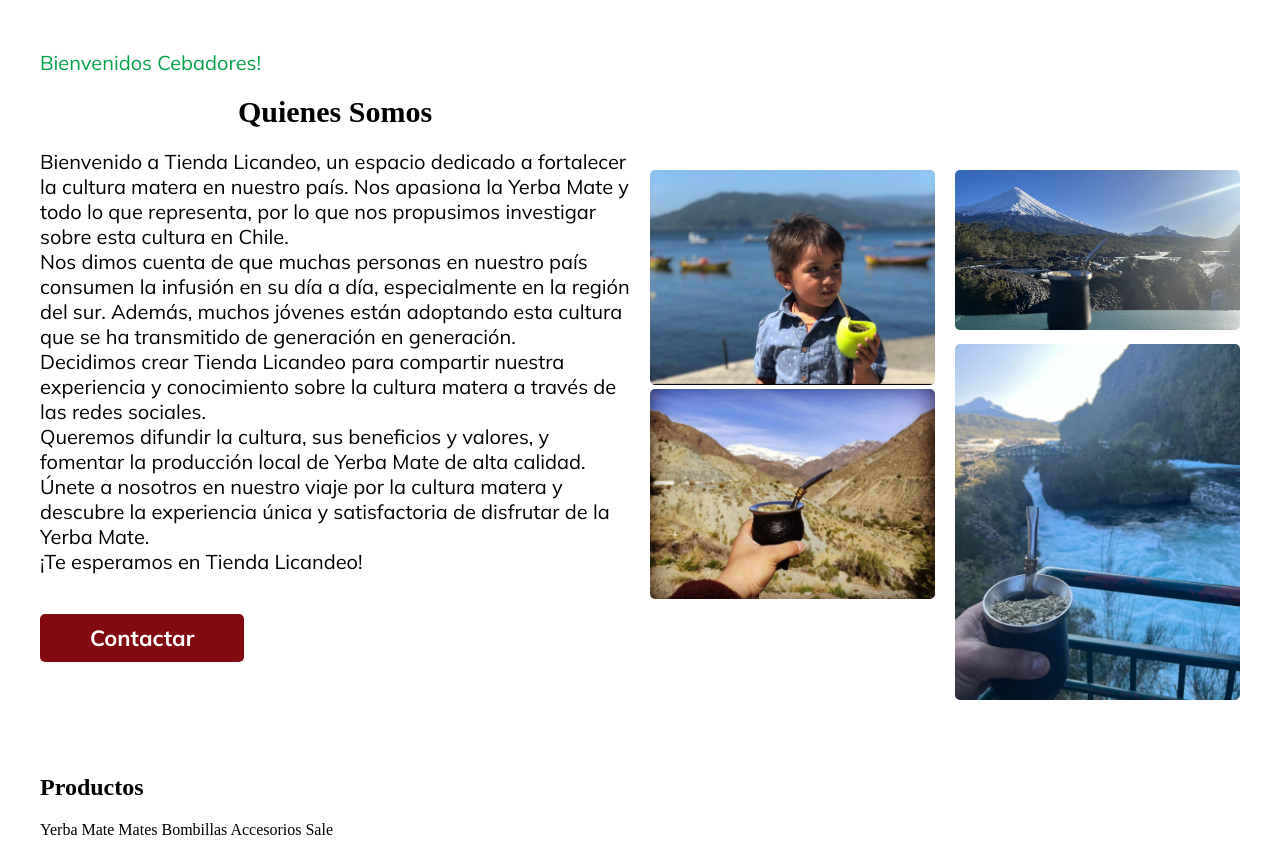
Repository: PiaTrujillo/LICANDEO-main
Page: index.html
These files come from the project's save history. The page is drawn as it stood at one moment and after the next save; the edit follows.
The browser window is 1280 px wide. The pictures show the part of the page from y = 748 to 1597 px (the page is 1597 px tall before and 1566 px after).
A picture or video elsewhere on the page could not be fetched, so the positions and the page height are approximate. Some web fonts or font styles are not loaded; a fallback is used. Some web libraries are served in a nearby version.

Above is the page before, as saved 2023-05-09 19:02:52.

### index.html
<!DOCTYPE html>
<html lang="es">
  <head>
    <meta charset="utf-8" />
    <meta name="viewport" content="width=device-width, initial-scale=1.0" />
    <meta http-equiv="X-UA-Compatible" content="ie=edge" />
    <title>Tienda Licandeo</title>
    <script
      src="https://kit.fontawesome.com/283335a286.js"
      crossorigin="anonymous"
    ></script>
    <!--esta informacion es para el estilo de las letras estan en google font -->
    <link rel="preconnect" href="https://fonts.googleapis.com" />
    <link rel="preconnect" href="https://fonts.gstatic.com" crossorigin />
    <link
      href="https://fonts.googleapis.com/css2?family=Arima+Madurai:wght@700&family=Mulish:wght@400;700&display=swap"
      rel="stylesheet"
    />
    <link rel="stylesheet" href="css/normalize.css" />
    <link rel="stylesheet" href="css/estilos.css" />
  </head>
  <body>
    <!--Lo sigueinte es el menu superior donde se establece el Logo y la navegacion-->
    <header class="encabezado">
      <div class="contenedor-navegacion">
        <!-- El Contenido-Navegacion es el padre de Logo y el menu de navegacion -->
        <div class="contenido-navegacion contenedor">
          <div class="logo">
            <!--colores a Licandeo-->
            <h2>
              Tienda <span class="">Li</span><span>can</span
              ><span class="">deo</span>
            </h2>
          </div>
          <nav class="navegacion ocultar">
            <a href="#">Inicio</a>
            <a href="#">Sobre Nosotros</a>
            <a href="#">Tienda</a>
            <a href="#">Ofertas</a>
            <a href="#">Tips Materos</a>
          </nav>
          <!--Se crea el menu desplegable-->
          <div class="hamburguesa"><span></span><span></span><span></span></div>
        </div>
      </div>
      <div class="contenido-header">
        <div class="contenedor-encabezado">
          <div class="texto-encabezado">
            <h2>Tienda Licandeo</h2>
            <a href="#" class="btn bordes">Un Mate</a>
          </div>
          <video autoplay loop muted>
            <source src="/videos/1portada.mp4" />
          </video>
        </div>
      </div>
    </header>
    <!--Diseño de la seccion web-->
    <div class="contenedor-nosotros contenedor">
      <div class="texto-nosotros">
        <p class="bienvenida">Bienvenidos Cebadores!</p>
        <h1>Quienes Somos</h1>
        <p>
          Bienvenido a Tienda Licandeo, un espacio dedicado a fortalecer la
          cultura matera en nuestro país. Nos apasiona la Yerba Mate y todo lo
          que representa, por lo que nos propusimos investigar sobre esta
          cultura en Chile. <br />
          Nos dimos cuenta de que muchas personas en nuestro país consumen la
          infusión en su día a día, especialmente en la región del sur. Además,
          muchos jóvenes están adoptando esta cultura que se ha transmitido de
          generación en generación. <br />
          Decidimos crear Tienda Licandeo para compartir nuestra experiencia y
          conocimiento sobre la cultura matera a través de las redes sociales.
          <br />
          Queremos difundir la cultura, sus beneficios y valores, y fomentar la
          producción local de Yerba Mate de alta calidad. <br />
          Únete a nosotros en nuestro viaje por la cultura matera y descubre la
          experiencia única y satisfactoria de disfrutar de la Yerba Mate.
          <br />
          ¡Te esperamos en Tienda Licandeo!
        </p>
        <a href="#" class="btn btn-rojo">Contactar</a>
      </div>
      <!-- Imagenes  -->
      <div class="imagenes-nosotros">
        <div class="imagen1">
          <img data-src="/imag/imagen1.JPG" alt="Mate frutillar" />
          <img data-src="/imag/imagen7.JPG" alt="Mate concepcion" />
        </div>
        <div class="imagenes2">
          <img data-src="/imag/imagen2.JPG" alt="Mate salto del petrohue" />
          <img data-src="/imag/imagen3.JPG" alt="Mate concepcion" />
        </div>
      </div>
    </div>
    <!-- Menu para los productos -->
    <section class="menu contenedor">
      <!-- Titulo -->
      <h2>Productos</h2>
      <!-- Botones de producto -->
      <div class="botones-productos">
        <buton class="yerba mate">Yerba Mate</buton>
        <buton class="mates">Mates</buton>
        <buton class="bombillas">Bombillas</buton>
        <buton class="accesorios">Accesorios</buton>
        <buton class="sale">Sale</buton>
      </div>
    </section>
    <!--Se enlaza Js con Css-->
    <script src="js/app.js"></script>
  </body>
</html>

### css/estilos.css
:root{
    --azul: #0021f5;
    --verde:#00A149;
    --blanco:#fff;
    --rojo:#820a0e;
    --oscuro:#000;
    --titulos:'Arima Madurai',cursive;
    --parrafos:'Mulish', sans-serif;
}
/* Valor calculado de un contenedro padre  */
html{
    box-sizing: border-box;
    /*1rem = 10px*/
    font-size: 62.5%;
}
body{
    font-size: 1.6rem;
    overflow-x: hidden;
}

*,*::after, *::before{
    box-sizing: inherit;
}
/*        Globales              */
.contenedor{
    max-width: 120rem;
    margin: 0 auto;
    width: 95%;
}
/* fuentes para los titulo y parrafos*/
h1,h2{
    font-family: var(--titulos);
}
h3, p, a{
    font-family: var(--parrafos);
}
/* ubicacion de las imegenes */
img{
    max-width: 100%;
}
/*Estos colores se agregan al titulo con span */
.azul{
    color: var(--azul);
}
.rojo{
    color: var(--rojo);
}
.verde{
    color: var(--verde);
}
/*Que se oculte el menu*/
.ocultar{
    display: none;
    color: var(--blanco);
}
/* Color y estilos de la X */
.btn-cerrar{
    font-size: 3rem;
    font-weight: bold;
    color: var(--blanco);
    position: absolute;
    top: 0;
    right: 50px;
    user-select: none;
}
/*Al posicionar el puntero en la X aparece la mano */
.btn-cerrar:hover{
    cursor: pointer;
}
/* Para el texto Un mate que se encuentra sobre del video */
.btn{
    text-decoration: none;
    color: var(--blanco);
    font-size: 2rem;
    text-transform: capitalize;
    padding: 1rem 5rem;
    border-radius: 5px;
    transition: all .3s ease-in-out;
}
/* para moviles el texto */
@media(min-width:768px){
    .btn{
        font-size: 2.2rem;
    }
}
/* Se agrega el borde a el texto Un Mate */
.bordes{
    border: 3px solid var(--blanco);
}
@media(min-width: 768px) {
    .bordes{
        border: 4px solid var(--blanco);
    }
}
.bordes:hover{
    color: var(--verde);
    background-color: var(--blanco);
}
/* Boton abajo del texto */
.btn-rojo{
    background-color: var(--rojo);
    font-weight: bold;
    display: inline-block;
    margin-top: 2rem;
    margin-bottom: 2rem;
}
/* como se sopreponer los elementos */
.pantalla-completa{
    position: absolute;
    top: 0;
    left: 0;
    bottom: 0;
    right: 0;
    background-color: rgba(0,0,0,.5);
    z-index: 4;
}
@keyframes desplazamiento {
    0%{
        transform: translateX(100%);
    }

    100%{
        transform:translateX(0);
    }
}
/*Encabezado*/
/*color de contenedor de logo y menu*/
.contenedor-navegacion{
    background-color: var(--oscuro);
    position: relative;
    z-index: 5;
}
.contenido-navegacion{
    display: flex;
    align-items: center;
    justify-content: space-between;
}
/*color para el logo y el menu*/
.logo h2, .navegacion a {
    color: var(--blanco);
}
.logo h2{
    font-size: 3rem;
}
/* quitar las lineas ubicadas abajo del menu de navegacion*/
/* Estilos de movil*/
.navegacion a{
    text-decoration: none;
    font-size: 2.2rem;
    padding: 1.5rem;
    padding-left: 4rem;
    /* para el menu de navegacion se vea de modo vertical*/
    display: block;
    /* transicion del menu de naveghacion */
    transition: color .3s ease-in-out;
    text-align: center;
}
@media(min-width: 768px) {
    .navegacion a{
        text-align: left;
    }
}
/* colores de las letras pares e impares del menu de navegacion */
.navegacion a:nth-child(even):hover{
    color: var(--verde);
}
.navegacion a:nth-child(odd):hover{
    color: var(--verde);
}
.navegacion a:first-of-type{
    margin-top: 5rem;
}
/* para que el menu de navegacion se posicione al costado derecho*/
.navegacion{
    position: absolute;
    top: 0;
    right: 0;
    bottom: 0;
    height: 100vh;
    width: 40rem;
    padding: 3rem 4rem;
    background-color: var(--oscuro);
    animation: desplazamiento .5s ease-in-out;
}
/*Al posicionarse en el menu hamburguesa aparezca la mano */
.hamburguesa:hover{
    cursor: pointer;
}
/*Menu desplegable ubicado en index*/
.hamburguesa span{
    background-color: var(--blanco);
    display: block;
    width: 5rem;
    height: .5rem;
    margin-bottom: .5rem;
    animation: desplazamiento .5s ease-in-out;
}
/* Video */
.contenido-header{
    position: relative;
}
.contenido-header::before{
    content: '';
    position: absolute;
    top:0;
    left: 0;
    right: 0;
    bottom: 0;
    background-color: rgba(0,0,0,.5);
}
/* posicionar texto al medio del video */
.texto-encabezado{
    position: absolute;
    z-index: 2;
    width: 100%;
    height: 80%;
    display: flex;
    flex-direction: column;
    /* se alinea al centro del video el texto */
    align-items: center;
    justify-content: center;
}
.texto-encabezado h2{
    color: var(--blanco);
    font-size: 4rem;
}
/* respons para movil */
@media(min-width: 768px) {
    .texto-encabezado h2{
        font-size: 8rem;
    }
}
video{
    width: 100%;
    height: 100%;
}
/* Imagenes */
.contenedor-nosotros{
    padding-top: 5rem;
}
@media(min-width: 768px) {
    .contenedor-nosotros{
        display: flex;
        justify-content: space-between;
    }
}
.texto-nosotros, .imagenes-nosotros{
    flex: 0 0 calc(50% - 1rem) ;
}
/* Texto de las imagenes */
.texto-nosotros .bienvenida{
    font-size: 2rem;
    color: var(--verde);
    text-align: center;
}
@media(min-width: 768px) {
    .texto-nosotros .bienvenida{
        text-align: left;
    }
}
.texto-nosotros h1{
    font-size: 3rem;
    text-align: center;
}
}
@media(min-width: 768px) {
    .texto-nosotros h1{
        text-align: left;
    }
}
.texto-nosotros p{
    font-size: 2rem;
    text-align: center;
}
@media(min-width: 768px) {
    .texto-nosotros p{
        text-align: left;
    }
}
.imagenes-nosotros{
    display: flex;
    justify-content: space-between;
}
.imagen1, .imagenes2{
    flex: 0 0 calc(50% - 1rem);
    width: 10px;
}
.imagenes-nosotros img{
    border-radius: 5px;
}

.imagenes2 img{
    margin-bottom: 1rem;
}

### js/app.js
//para que el menu desaparezca//
const menu = document.querySelector('.hamburguesa');
const navegacion = document.querySelector('.navegacion');
const imagenes = document.querySelectorAll('img');

document.addEventListener('DOMContentLoaded', ()=>{
    eventos();
});

const eventos = () =>{
    menu.addEventListener('click',abrirMenu);
}
//esta funcion realiza que al momento de dar click al menu de hamburguesa se habilite el menu//
const abrirMenu = () =>{
    navegacion.classList.remove('ocultar');
    botonCerrar();
}
//Esta funciones es para que el menu de navegacion se cierre/
const botonCerrar = () =>{
    //Metodo para colocar una X al menu de navegacion//
    const btnCerrar = document.createElement('p');
    const overlay = document.createElement('div');
    overlay.classList.add('pantalla-completa');
    const body = document.querySelector('body');
    if(document.querySelectorAll('.pantalla-completa').length > 0) return;
    body.appendChild(overlay);
    btnCerrar.textContent = 'x';
    btnCerrar.classList.add('btn-cerrar');

    // while(navegacion.children[5]){
    //     navegacion.removeChild(navegacion.children[5]);
    // }
    navegacion.appendChild(btnCerrar);
    cerrarMenu(btnCerrar, overlay);
}
// imagenes de la pagina//
imagenes.forEach(imagen=>{

    imagen.src = imagen.dataset.src;
});
//Funcion para cerrar el menu de navegacion//
const cerrarMenu = (boton, overlay) =>{
    boton.addEventListener('click',()=>{
         //Cerrar navegacion//
        navegacion.classList.add('ocultar');
        overlay.remove();
        boton.remove();
    });

    overlay.onclick = function(){
        overlay.remove();
        //Cerrar navegacion//
        navegacion.classList.add('ocultar');
        boton.remove();
    }
}

Loaded but not shown: TestDjango/core/templates/core/css/normalize.css (library)

After the next save:
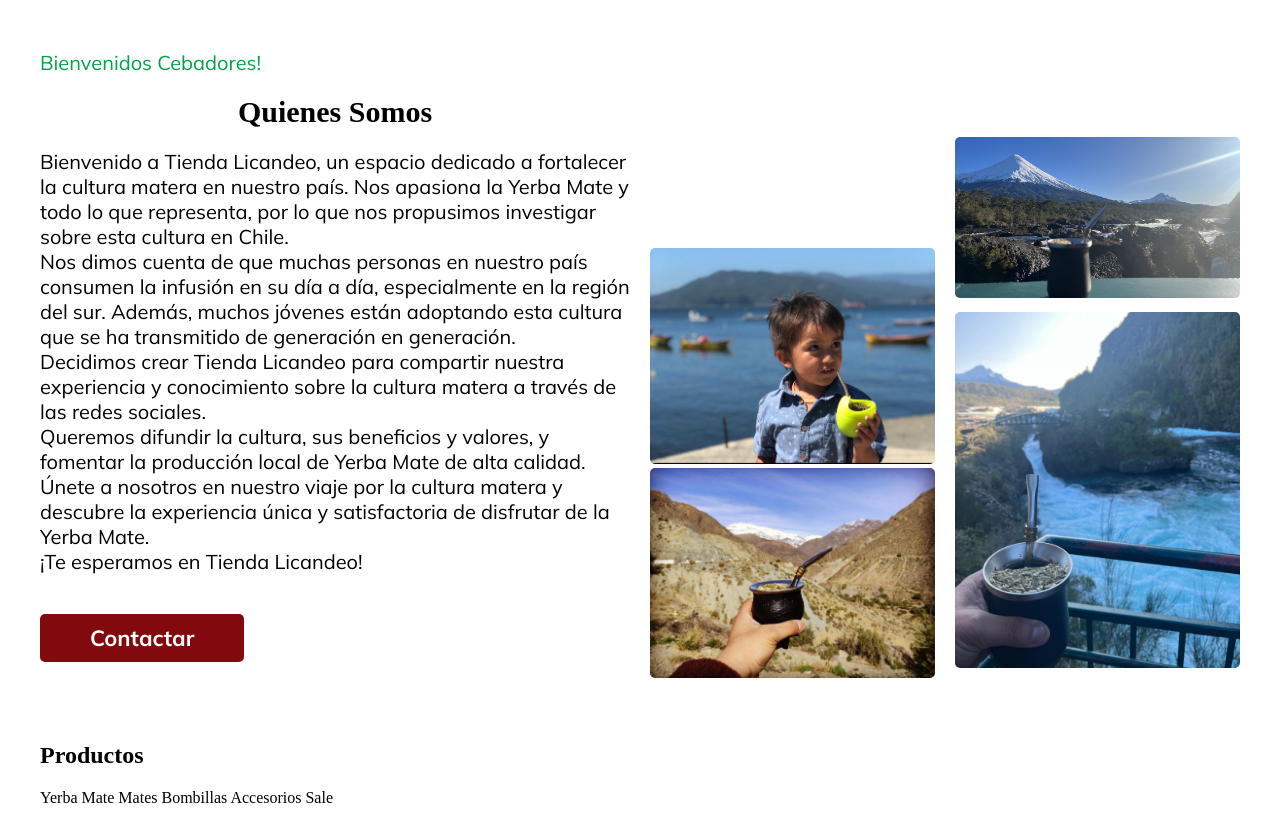
Saved 38 s later.
--- a/css/estilos.css
+++ b/css/estilos.css
@@ -283,7 +283,7 @@ video{
 }
 .imagen1, .imagenes2{
     flex: 0 0 calc(50% - 1rem);
-    width: 10px;
+    margin-top: auto;
 }
 .imagenes-nosotros img{
     border-radius: 5px;
